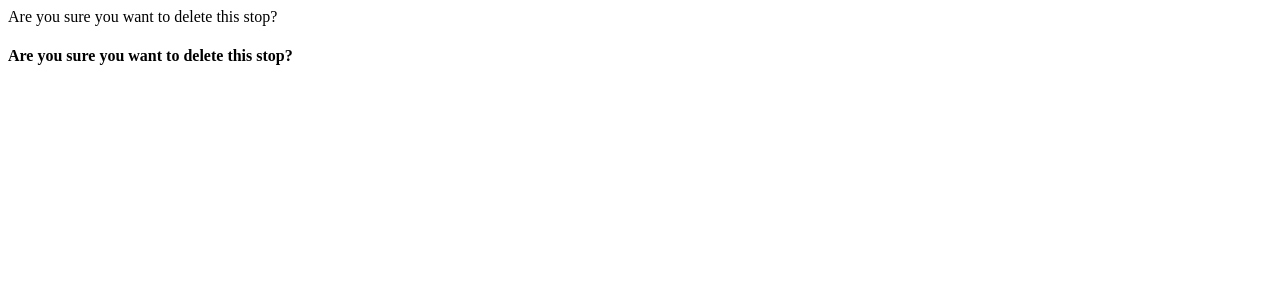
Repository: pruddiman062/ng-ShuttleApp
Page: src/app/manage/deletemodal.tpl.html
The author's editor kept a record of every edit. The page is drawn from the files as they stood at one moment, then again after the next edit.
The browser window is 1280 px wide. The pictures show the whole page.

Above is the page before.

After the next edit:
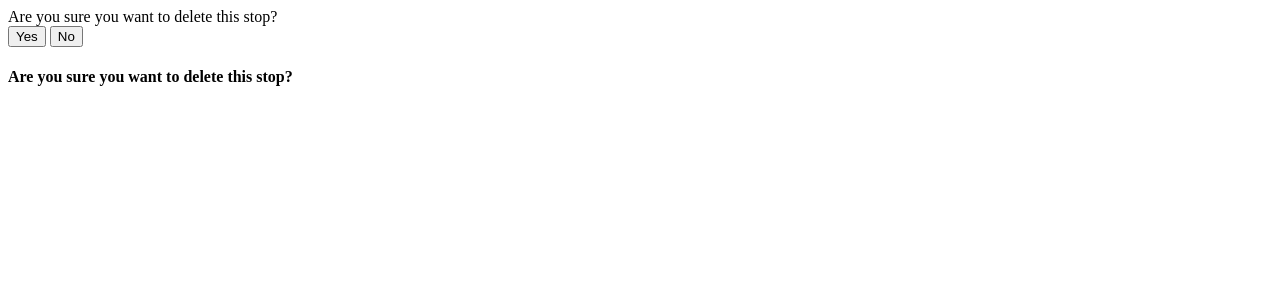
The edit:
--- a/src/app/manage/deletemodal.tpl.html
+++ b/src/app/manage/deletemodal.tpl.html
@@ -1,6 +1,6 @@
 <div class="row">
     <div class="col-md">Are you sure you want to delete this stop?</div>
-    <div class="col-md-2 col-md-offset-5"></div>
+    <div class="col-md-2 col-md-offset-5"><button class="btn btn-sm btn-primary" ng-click="yes()">Yes</button> <button class="btn btn-sm btn-primary" ng-click="no()">No</button></div>
 </div>
     <h4>Are you sure you want to delete this stop?</h4>
 
